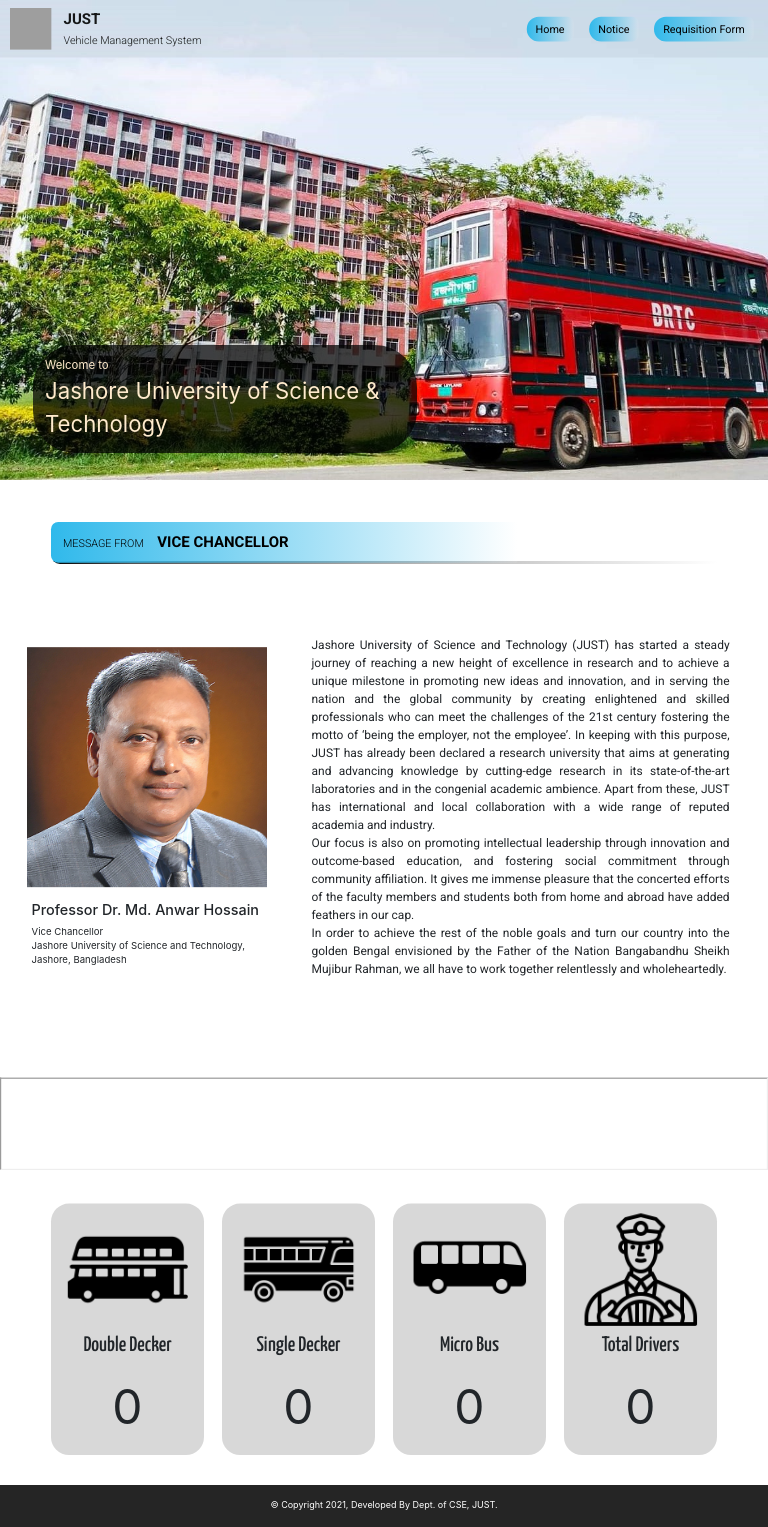
Repository: SMJNayeem/just-vms_project
Page: Front-End/html/home.html
These files come from the project's save history. The page is drawn as it stood at one moment and after the next save; the edit follows.
The browser window is 1280 px wide. The pictures show the whole page, at 60% of full size.
Pictures or frames that could not be fetched are drawn as grey boxes.

Above is the page before, as saved 2021-03-26 14:38:48.
Console error: TypeError: e.indexOf is not a function

### Front-End/html/home.html
<!DOCTYPE html>
<html lang="en">

<head>
  <meta charset="UTF-8">
  <meta http-equiv="X-UA-Compatible" content="IE=edge">
  <meta name="viewport" content="width=device-width, initial-scale=1.0">
  <title>Home</title>
  <link rel="stylesheet" href="https://cdn.jsdelivr.net/npm/bootstrap@4.6.0/dist/css/bootstrap.min.css"
    integrity="sha384-B0vP5xmATw1+K9KRQjQERJvTumQW0nPEzvF6L/Z6nronJ3oUOFUFpCjEUQouq2+l" crossorigin="anonymous">
  <link rel="preconnect" href="https://fonts.gstatic.com">
  <link href="https://fonts.googleapis.com/css2?family=Roboto:wght@300;400;500;700&display=swap" rel="stylesheet">
  <link rel="preconnect" href="https://fonts.gstatic.com">
  <link href="https://fonts.googleapis.com/css2?family=Yanone+Kaffeesatz:wght@300;400&display=swap" rel="stylesheet">
  <link rel="preconnect" href="https://fonts.gstatic.com">
  <link
    href="https://fonts.googleapis.com/css2?family=Dosis:wght@500;600&family=Yanone+Kaffeesatz:wght@400;500;600&display=swap"
    rel="stylesheet">
  <link rel="stylesheet" href="../css/Home.css">
</head>

<body>

  <div class="header">
    <nav class="navbar navbar-expand-lg navbar-light">
      <a class="navbar-brand" href="#">
        <img src="../img/JUST LOGO.png" class="logo d-inline-block align-top" alt="">
        <span class="textlogo"> <span class="textlogofirst">JUST</span> <br> <span class="textlogosecond">Vehicle
            Management System</span></span>
      </a>
      <button class="navbar-toggler" type="button" data-toggle="collapse" data-target="#navbarSupportedContent"
        aria-controls="navbarSupportedContent" aria-expanded="false" aria-label="Toggle navigation">
        <span class="navbar-toggler-icon"></span>
      </button>

      <div class="collapse navbar-collapse" id="navbarSupportedContent">
        <ul class="navbar-nav ml-auto">
          <li class="nav-item">
            <a class="nav-link" href="#"><span class="navicon">Home</span></a>
          </li>
          <li class="nav-item">
            <a class="nav-link" href="#"><span class="navicon">Notice</span></a>
          </li>
          <li class="nav-item">
            <a class="nav-link" href="#"><span class="navicon">Requisition Form</span></a>
          </li>

      </div>
    </nav>
  </div>


  <!-- Navbar ENDS -->







  <!-- Banner STARTS -->

  <div class="banner">
    <div class="banneritem">
      <div class="content">
        <div class="welcometext">
          <span class="textfirst">Welcome to</span>
          <br>
          <span class="textsecond">Jashore University of Science &amp; Technology</span>
        </div>
      </div>
    </div>
  </div>

  <!-- Banner ENDS -->


  <section class="message">
    <div class="">
      <div class="container">
        <div class="msghead">
          <p class="msgheadp"><span class="msghead1">Message From</span> &nbsp; &nbsp; <span class="msghead2">VICE
              CHANCELLOR</span></p>
        </div>
      </div>
      <div class="messagecontent">
        <div class="row">
          <div class="col-5">

            <div class="card middle">
              <div class="cardtop">
                <img src="../img/vc.jpg" alt="VC">
              </div>
              <div class="cardbottom">
                <br>
                <h4>Professor Dr. Md. Anwar Hossain</h4>
                <p>Vice Chancellor <br>
                  Jashore University of Science and Technology, <br>
                  Jashore, Bangladesh <br></p>
              </div>
            </div>

          </div>
          <div class="col-7">
            <div class="textmessage">
              <p class="msg">
                Jashore University of Science and Technology (JUST) has started a steady journey of reaching a new
                height of excellence in research and to achieve a unique milestone in promoting new ideas and
                innovation, and in serving the nation and the global community by creating enlightened and skilled
                professionals who can meet the challenges of the 21st century fostering the motto of ‘being the
                employer, not the employee’. In keeping with this purpose, JUST has already been declared a research
                university that aims at generating and advancing knowledge by cutting-edge research in its
                state-of-the-art laboratories and in the congenial academic ambience. Apart from these, JUST has
                international and local collaboration with a wide range of reputed academia and industry.
                <br>
                Our focus is also on promoting intellectual leadership through innovation and outcome-based education,
                and fostering social commitment through community affiliation. It gives me immense pleasure that the
                concerted efforts of the faculty members and students both from home and abroad have added feathers in
                our cap.
                <br>
                In order to achieve the rest of the noble goals and turn our country into the golden Bengal envisioned
                by the Father of the Nation Bangabandhu Sheikh Mujibur Rahman, we all have to work together relentlessly
                and wholeheartedly.
              </p>
            </div>
          </div>
        </div>
      </div>
    </div>
  </section>



  <!--schedule STARTS-->


  <section class="cost">
    <iframe src="../html/schedule.html#schedule" scrolling="no" sandbox="allow-scripts" title="Iframe Example"></iframe>
  </section>



  <!-- schedule ENDS -->



  <!-- vehicle Details STARTS -->


  <section class="vehicledetails">
    <div class="container">
      <div class="row">
        <div class="col-3">
          <div class="drop">
            <img src="../img/double-decker-bus.png" alt="">
            <p>Double Decker</p>
            <div class="counter" data-target="8">0</div>
          </div>
        </div>
        <div class="col-3">
          <div class="drop">
            <img src="../img/singleDecker.png" alt="">
            <p>Single Decker</p>
            <div class="counter" data-target="4">0</div>
          </div>
        </div>
        <div class="col-3">
          <div class="drop">
            <img src="../img/microbus.png" alt="">
            <p>Micro Bus</p>
            <div class="counter" data-target="7">0</div>
          </div>
        </div>
        <div class="col-3">
          <div class="drop">
            <img src="../img/driver.png" alt="">
            <p>Total Drivers</p>
            <div class="counter" data-target="23">0</>
            </div>
          </div>
        </div>
      </div>
    </div>
  </section>



  <!-- vehicle Details ENDS -->



  <section class="footer">
    <div class="footercontent">
      <footer> <small>&copy; Copyright 2021, Developed By Dept. of CSE, JUST.</small> </footer>
    </div>
  </section>


  <script src="https://code.jquery.com/jquery-3.5.1.slim.min.js"
    integrity="sha384-DfXdz2htPH0lsSSs5nCTpuj/zy4C+OGpamoFVy38MVBnE+IbbVYUew+OrCXaRkfj"
    crossorigin="anonymous"></script>
  <script src="https://cdn.jsdelivr.net/npm/bootstrap@4.6.0/dist/js/bootstrap.bundle.min.js"
    integrity="sha384-Piv4xVNRyMGpqkS2by6br4gNJ7DXjqk09RmUpJ8jgGtD7zP9yug3goQfGII0yAns"
    crossorigin="anonymous"></script>
  <script src="../Js/waypoints.min.js"></script>
  <script src="../Js/jquery.counterup.min.js"></script>
  <script src="../Js/script.js"></script>
  <script src="../Js/counter.js"></script>
</body>

</html>

### Front-End/css/Home.css
* {
    padding: 0;
    margin: 0;
}

ul,
ol {
    list-style: none;

}

a,
a:hover {
    text-decoration: none;
}

img {
    vertical-align: middle;
}

/* common css end */



/* Navbar STARTS */
.header{
    width: 98%;


}
.navbar{
    position: absolute;
    top: 0;
    left: 0;
    width: 100%;
    background-color: rgba(0, 0, 0, 0.05);
    transition: all linear 0.3s;
    z-index: 999;
}
.logo{
    width: 70px;
    height: 70px;
}
.header .navbar a{
    display: flex;
}
.textlogo{
    height: 70px;
    width: 70px;
    margin-left: 20px;
}
.textlogofirst{
    font-family: 'Roboto', sans-serif;
    font-size: 25px;
    font-weight: 700;
}
.textlogosecond{
    font-family: 'Roboto', sans-serif;
    font-size: 18px;
    font-weight: 300;
}
.navicon{
    width: 100%;
    text-align: justify;
    margin-left: 10px;
    padding: 7px 15px;
    border-radius: 20px 10px 10px 20px;
    background-image: linear-gradient(to right,rgb(48, 185, 235),rgba(255, 255, 255,0.09));
    color: #000;
    font-family: 'Roboto', sans-serif;
    font-size: 18px;
    font-weight: 400;

}

.navbg{
    position: fixed;
    background-color: #fff;
}

/* navbar ENDS*/



/* banner STARTS */

.banner .banneritem{
    background: url(../img/Banner.jpg) no-repeat center/cover;
    height: 800px;
    max-width: 100%;
}

.welcometext{
    position: relative;
    width: 50%;
    top: 575px;
    left: 55px;
    background-color: rgba(0, 0, 0, 0.721);
    color: blanchedalmond;
    text-align: left;
    padding: 20px;
    border-radius: 70px;
    border-style: none;
}

.textfirst{
    font-size: 19px;
}
.textsecond{
    font-size: 37px;
}

/* banner ENDS */








/* message from VC */
.message{
    margin-bottom: 100px;
}
.message .msghead{
    color:black;
    width: 100%;
    height: 70px;
    margin: 70px 0px;
    /* border-bottom: 5px;
    border-image-source: linear-gradient(to left, #743ad5, #d53a9d); */
    background: /* gradient can be an image */
    linear-gradient(
      to right,
      rgb(0, 0, 0) 0%,
      rgb(81, 81, 81) 12%,
      rgb(165, 165, 165) 47%,
      rgb(255, 255, 255) 100%
    )
    left
    bottom
    #fff
    no-repeat;
  background-size:100% 5px ;/* if linear-gradient, we need to resize it */
    line-height: 65px;
    border-radius: 0px 0px 0px 15px;

}
.message .msgheadp{
    height: auto;
    width: 70%;
    background: linear-gradient(to right,rgb(48, 185, 235),rgba(255, 255, 255,0.09));
    /* display: inline-block; */
    padding: 0px 20px;
    text-transform: uppercase;
    border-radius: 12px 0px 0px 12px;

}
.msghead2{
    font-family: 'Roboto', sans-serif;
    font-size: 25px;
    font-weight: 700;
}
.msghead1{
    font-family: 'Roboto', sans-serif;
    font-size: 18px;
    font-weight: 300;
}

.messagecontent{
    width: 95%;
    /* height: 500px; */
    display: flex;
    position: relative;
    padding: 50px 0px;
}
.msg{
    width: 100%;
    text-align: justify;
    font-family: 'roboto', sans-serif;
    font-weight: 400;
    font-size: 20px;
    padding: 0px 0px 0px 0px;

}
.message .messagecontent .middle{
    position: absolute;
    top: 50%;
    left: 50%;
    transform: translate(-50%,-50%);

}
.message .messagecontent .card{
    border: none;
    cursor: pointer;

}
/* .message .card_middle .front{
    margin-top: 20px;
} */

.message .messagecontent .card .cardtop img{
    width: 400px;
    height: 400px;
}
.message .messagecontent .card .cardbottom{
    padding-left: 8px;
}






/* schedule Starts */



.cost iframe{
    width: 100%;

}



/* schedule ENDS */


.vehicledetails{
    margin: 50px 0px;
}

.vehicledetails .drop .counter{
    font-size: 5rem;
    margin: 10px;
}
.vehicledetails .drop{

    background: rgb(216, 216, 216);
    padding: 10px 0px;
    text-align: center;
    border-radius: 30px;
}
.vehicledetails .drop img{
    height: 200px;
    width: 200px;
}

.vehicledetails .drop p{
    font-size: 35px;
    font-family: 'Yanone Kaffeesatz', sans-serif;
    font-weight: 500;
}

/* vehicle Details ends */


.footer .footercontent{
    width: 100%;
    height: 70px;
    padding: 20px 0px;
    background-color:rgb(37, 37, 37);
    text-align: center;
    color: #fff;
}

.footer .footercontent small{
    font-size: 15px;
    line-height: 25px;
}

### Front-End/Js/script.js
$(function(){

    $(window).scroll(function(){
        var scrolling = $(this).scrollTop();


        if(scrolling > 90){
            $('.navbar').addClass('navbg');
        } else{
            $('.navbar').removeClass('navbg')
        }
    });

});

### Front-End/Js/counter.js
$(function(){

    $('.counter').counterUp({
        delay: 1000,
        time: 2000
    });



});

### Front-End/html/schedule.html
<!DOCTYPE html>
<html lang="en">
<head>
    <meta charset="UTF-8">
    <meta http-equiv="X-UA-Compatible" content="IE=edge">
    <meta name="viewport" content="width=device-width, initial-scale=1.0">
    <link rel="stylesheet" href="https://cdn.jsdelivr.net/npm/bootstrap@4.6.0/dist/css/bootstrap.min.css" integrity="sha384-B0vP5xmATw1+K9KRQjQERJvTumQW0nPEzvF6L/Z6nronJ3oUOFUFpCjEUQouq2+l" crossorigin="anonymous">
    <link rel="preconnect" href="https://fonts.gstatic.com">
    <link href="https://fonts.googleapis.com/css2?family=Roboto:wght@300;400;500;700&display=swap" rel="stylesheet">
    <link rel="stylesheet" href="../css/schedule.css">
    <title>Schedule</title>
</head>
<body>

  <section class="schedule" id="schedule">
    <div class="container">
      <table class="table table-bordered">
        <tr>
          <td>Time <br> Date</td>
          <td>8:30 AM</td>
          <td>9:30 AM</td>
          <td>2:00 PM</td>
          <td rowspan="2"> <button class="addschedule">Add Schedule</button></td>
        </tr>
        <tr>
          <td>March 2, 2021</td>
          <td>Single,Double,Mini-bus</td>
          <td>Single,Double</td>
          <td>Single,Double</td>
        </tr>
      </table>
    </div>
  </section>


  <!-- Navbar ENDS -->
      <script src="https://code.jquery.com/jquery-3.5.1.slim.min.js" integrity="sha384-DfXdz2htPH0lsSSs5nCTpuj/zy4C+OGpamoFVy38MVBnE+IbbVYUew+OrCXaRkfj" crossorigin="anonymous"></script>
      <script src="https://cdn.jsdelivr.net/npm/bootstrap@4.6.0/dist/js/bootstrap.bundle.min.js" integrity="sha384-Piv4xVNRyMGpqkS2by6br4gNJ7DXjqk09RmUpJ8jgGtD7zP9yug3goQfGII0yAns" crossorigin="anonymous"></script>
</body>
</html>

### Front-End/css/schedule.css
* {
    padding: 0;
    margin: 0;
}

ul,
ol {
    list-style: none;

}

a,
a:hover {
    text-decoration: none;
}

img {
    vertical-align: middle;
}

/* common css end */







/* Navbar */
.header{
    width: 100%;


}
.navbar{
    top: 0;
    left: 0;
    width: 100%;
    padding: 4px 2%;
    background-color: #fff;
    transition: all linear 0.3s;
    z-index: 999;
    box-shadow: 0px 5px 4px rgba(128, 128, 128, 0.387);
}
.logo{
    width: 70px;
    height: 70px;
}
.header .navbar a{
    display: flex;
}
.textlogo{
    height: 70px;
    width: 70px;
    margin-left: 20px;
}
.textlogofirst{
    font-family: 'Roboto', sans-serif;
    font-size: 25px;
    font-weight: 700;
}
.textlogosecond{
    font-family: 'Roboto', sans-serif;
    font-size: 18px;
    font-weight: 300;
}
.navicon{
    height: 35px;
    width: 135px;
    text-align: left;
    line-height: 30px;
    padding-left: 15px;
    padding-top: 3px;
    border-radius: 20px 10px 10px 20px;
    background-image: linear-gradient(to right,rgb(48, 185, 235),rgba(255, 255, 255,0.09));
    color: #000;
    font-family: 'Roboto', sans-serif;
    font-size: 15px;
    font-weight: 400;
}


/* navbar ENDS*/



/* Schedule STARTS */

.schedule .table{
    margin-top: 50px;

}
.schedule .table tr td{
    text-align: center;
    vertical-align: middle;
}
.schedule .table tr td .addschedule{
    padding: 8px;
    border: none;
    border-radius: 10px;
    background-color: lightskyblue;

}

Loaded but not shown: Front-End/Js/waypoints.min.js (library); Front-End/Js/jquery.counterup.min.js (library)

After the next save:
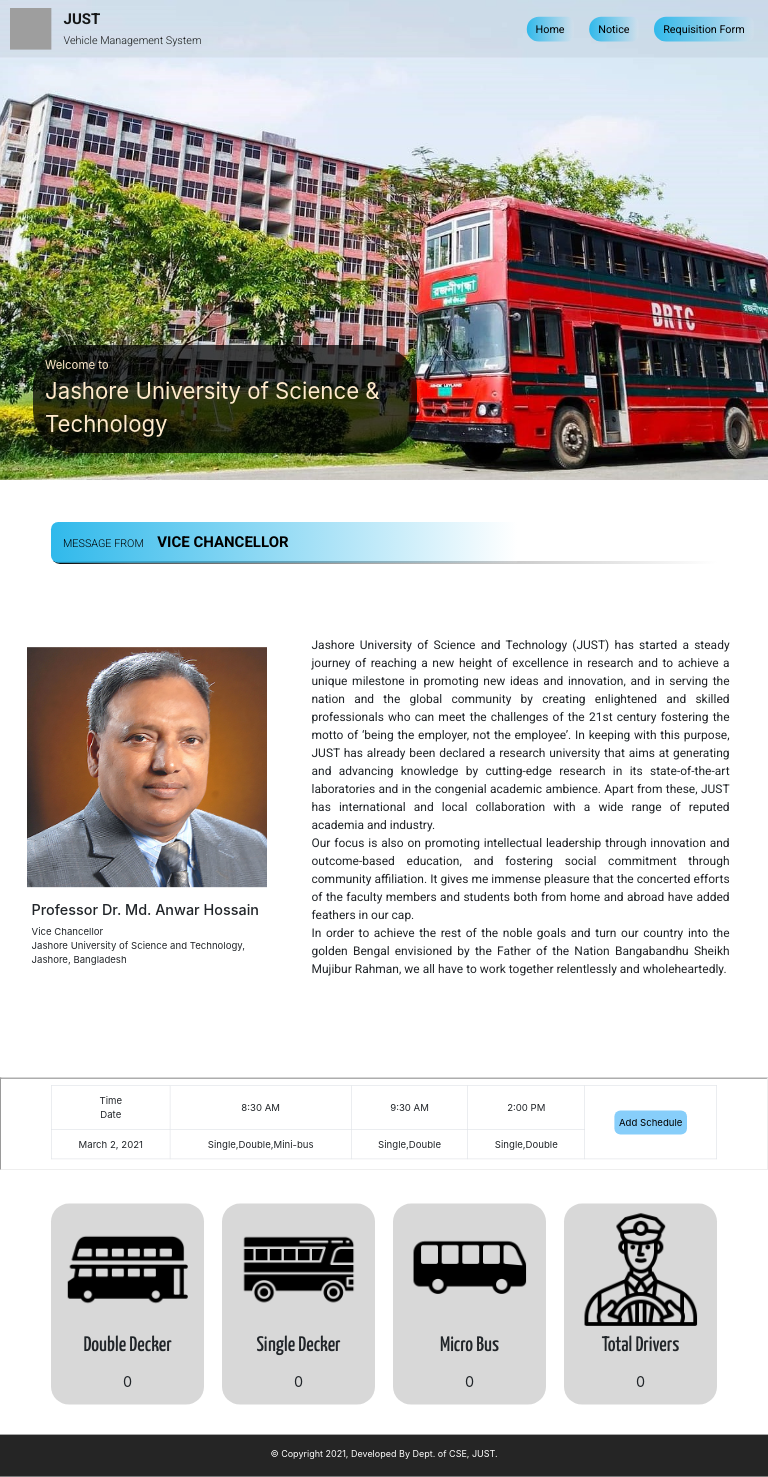
Saved 10 s later.
--- a/Front-End/css/Home.css
+++ b/Front-End/css/Home.css
@@ -232,7 +232,7 @@
 }
 
 .vehicledetails .drop .counter{
-    font-size: 5rem;
+    font-size: 1.5rem;
     margin: 10px;
 }
 .vehicledetails .drop{
